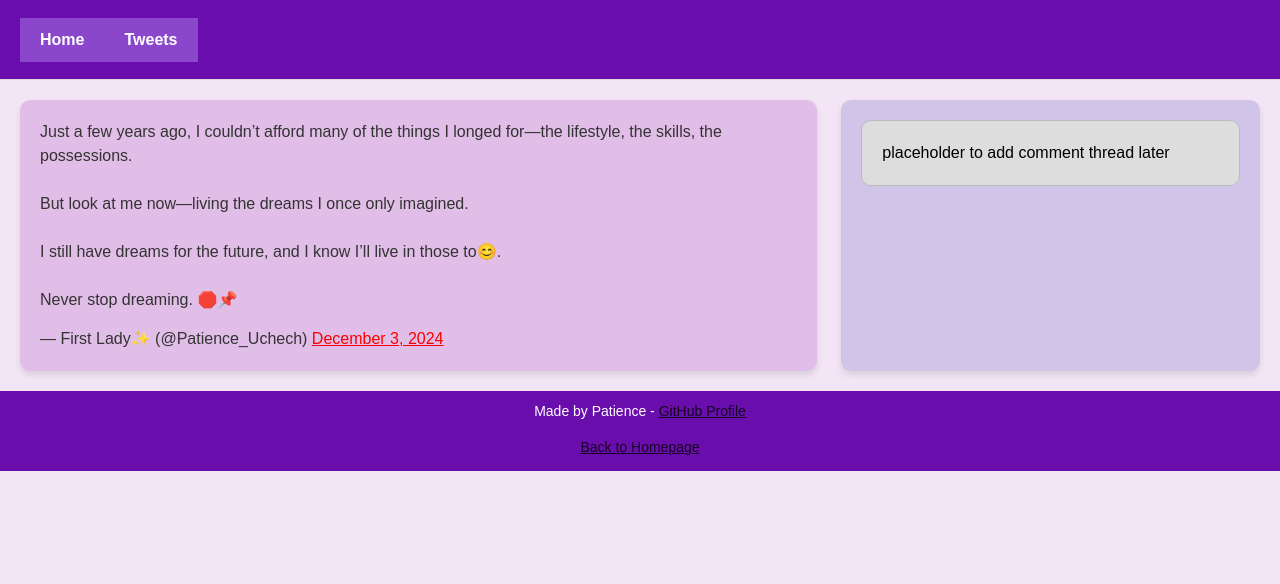
Repository: Patience225/My_First_Portfolio
Page: html_basic/tweets.html
An editor plug-in stored every save of this project. The page is shown before and after the next save, followed by the edit.
The browser window is 1280 px wide. The pictures show the whole page.

Above is the page before, as saved 2024-12-22 07:34:31.

After the next save:
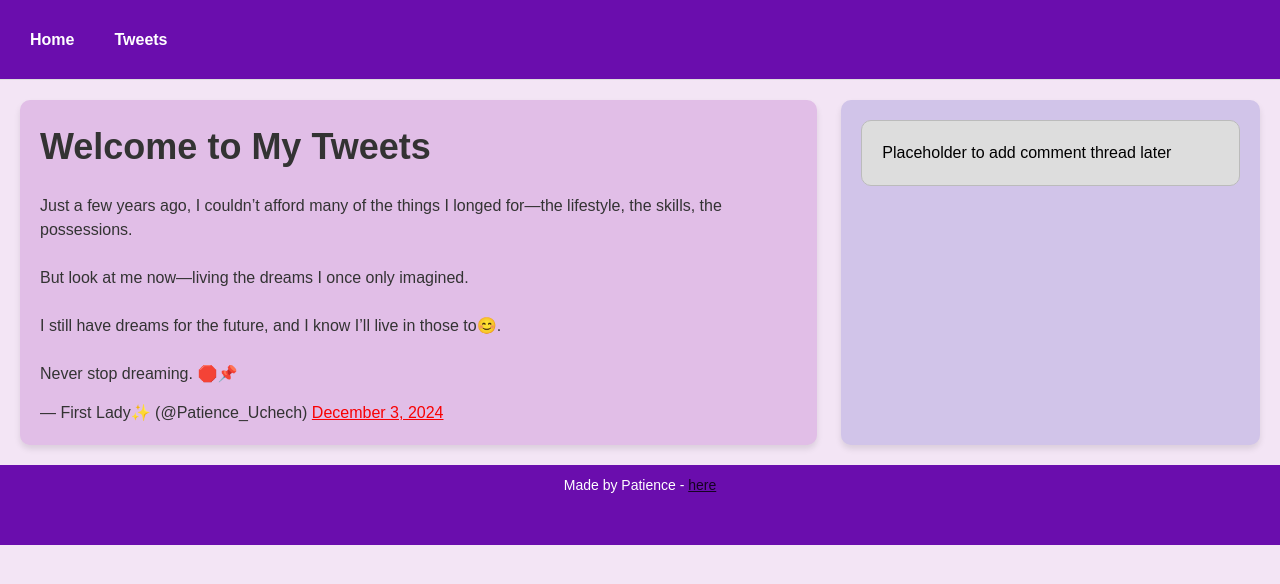
Saved 25 s later.
--- a/html_basic/tweets.html
+++ b/html_basic/tweets.html
@@ -8,35 +8,35 @@
     <link href="../css_basic/styles.css" rel="stylesheet">
 </head>
 <body>
-    <header>
-        <nav>
-            <ul>
-                <li><a href="index.html">Home</a></li>
-                <li><a href="tweets.html">Tweets</a></li>
-            </ul>
-        </nav>
-    </header>
-    <main>
-        <article>
-            <blockquote class="twitter-tweet">
-                <p lang="en" dir="ltr">
-                    Just a few years ago, I couldn’t afford many of the things I longed for—the lifestyle, the skills, the possessions.<br><br>
-                    But look at me now—living the dreams I once only imagined.<br><br>
-                    I still have dreams for the future, and I know I’ll live in those to😊.<br><br>
-                    Never stop dreaming. 🛑📌
-                </p>
-                &mdash; First Lady✨ (@Patience_Uchech)
-                <a href="https://twitter.com/Patience_Uchech/status/1863800680617541974?ref_src=twsrc%5Etfw">December 3, 2024</a>
-            </blockquote>
-            <script async src="https://platform.twitter.com/widgets.js" charset="utf-8"></script>
-        </article>
-        <aside>
-            <p>placeholder to add comment thread later</p>
-        </aside>
-    </main>
-    <footer>
-        <p>Made by Patience - <a href="https://github.com/Patience225" target="_blank">GitHub Profile</a></p>
-        <a href="index.html">Back to Homepage</a>
-    </footer>
+  <header>
+    <ul>
+      <li><a href="index.html">Home</a></li>
+      <li><a href="tweets.html">Tweets</a></li>
+    </ul>
+  </header>
+
+  <main>
+    <article>
+      <h1>Welcome to My Tweets</h1>
+      <blockquote class="twitter-tweet">
+        <p lang="en" dir="ltr">
+          Just a few years ago, I couldn’t afford many of the things I longed for—the lifestyle, the skills, the possessions.<br><br>
+          But look at me now—living the dreams I once only imagined.<br><br>
+          I still have dreams for the future, and I know I’ll live in those to😊.<br><br>
+          Never stop dreaming. 🛑📌
+        </p>
+        &mdash; First Lady✨ (@Patience_Uchech)
+        <a href="https://twitter.com/Patience_Uchech/status/1863800680617541974?ref_src=twsrc%5Etfw">December 3, 2024</a>
+      </blockquote>
+      <script async src="https://platform.twitter.com/widgets.js" charset="utf-8"></script>
+    </article>
+    <aside>
+      <p>Placeholder to add comment thread later</p>
+    </aside>
+  </main>
+
+  <footer>
+    <p>Made by Patience - <a href="https://github.com/Patience225" target="_blank">here</a></p>
+  </footer>
 </body>
 </html>
